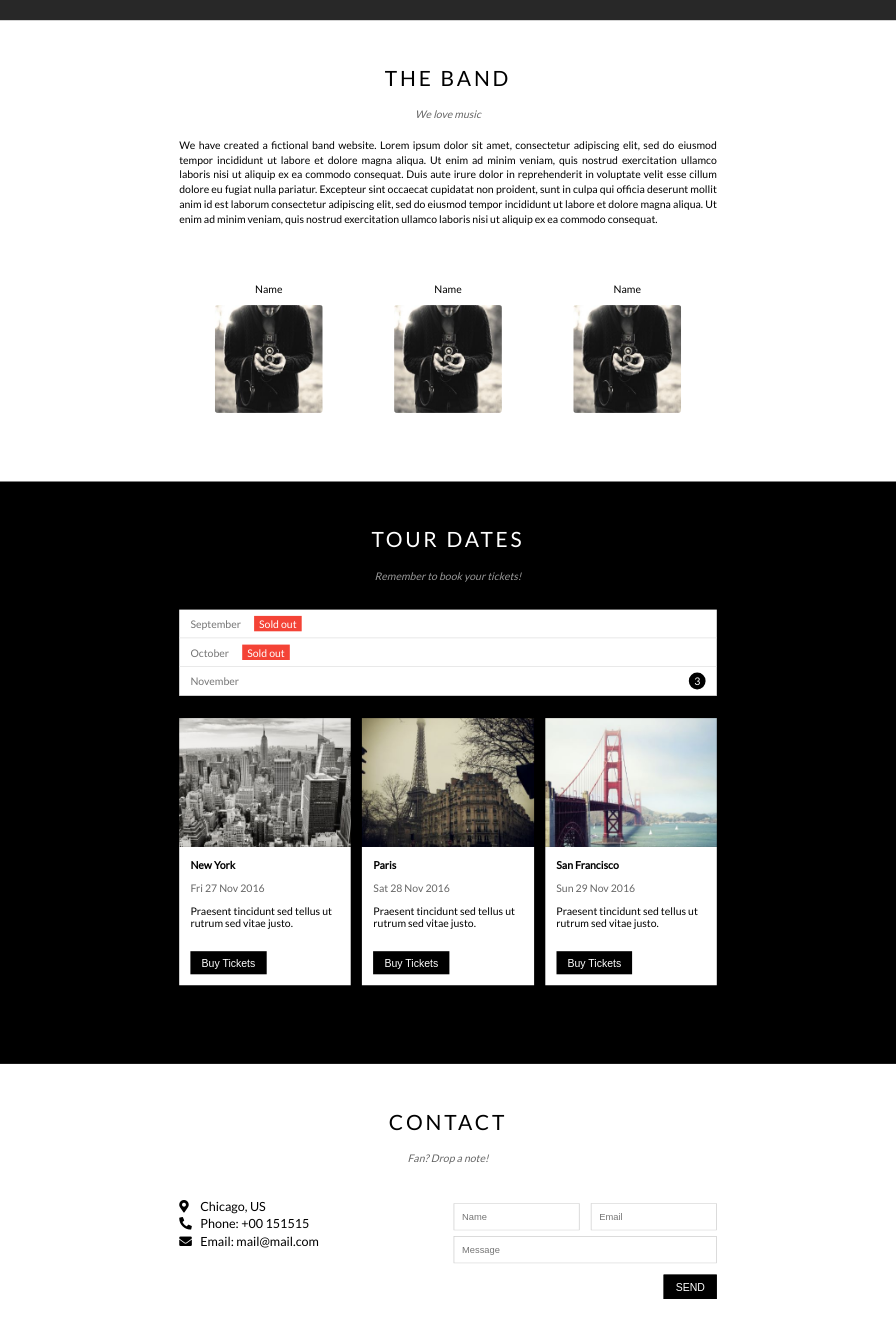
Repository: nguyenthaicong265/w3-band
Page: index.html
An editor plug-in stored every save of this project. The page is shown before and after the next save, followed by the edit.
The browser window is 1280 px wide. The pictures show the part of the page from y = 657 to 2577 px (the page is 2577 px tall before and 2547 px after), at 70% of full size.

Above is the page before, as saved 2022-01-04 15:01:26.

### index.html
<!DOCTYPE html>
<html lang="en">
<head>
    <meta charset="UTF-8">
    <meta http-equiv="X-UA-Compatible" content="IE=edge">
    <meta name="viewport" content="width=device-width, initial-scale=1.0">
    <title>Document</title>
    <link rel="stylesheet" href="./assets/css/styles.css">
    <link rel="stylesheet" href="https://fonts.googleapis.com/css?family=Lato">
    <link rel="stylesheet" href="./assets/font/themify-icons-font/themify-icons/themify-icons.css">
    <link rel="stylesheet" href="./assets/font/fontawesome-free-5.15.4-web/css/all.css">
</head>
<body>
    <div id="main">
        <div id="header">
            <ul id="nav">
                <li><a href="">Home</a></li>
                <li><a href="">Band</a></li>
                <li><a href="">Tour</a></li>
                <li><a href="">Contact</a></li>
                <li>
                    <a href="#">
                        More
                        <i class="fas fa-sort-down"></i>
                    </a>
                    <ul class="subnav">
                        <li><a href="#">Merchandise</a></li>
                        <li><a href="#">Extras</a></li>
                        <li><a href="#">Media</a></li>
                    </ul>
                </li>
            </ul>
            <div class="search-button">
                <i class="fas fa-search text-white"></i>
            </div>
        </div>

        <div id="slider">
            <div class="text-content text-white">
                <h2 class="text-head">Los Angeles
                </h2>
                <div class="text-description">We had the best time playing at Venice Beach!
                </div>
            </div>
        </div>

        <div id="content">
            <!-- About-section -->
            <div class="band-section">
                <div class="content-section">
                    <h2 class="section-heading">
                    THE BAND
                    </h2>
                    <p class="section-sub-heading">
                    We love music
                    </p>
                    <p class="about-text">We have created a fictional band website. Lorem ipsum dolor sit amet, consectetur adipiscing elit, sed do eiusmod tempor incididunt ut labore et dolore magna aliqua. Ut enim ad minim veniam, quis nostrud exercitation ullamco laboris nisi ut aliquip ex ea commodo consequat. Duis aute irure dolor in reprehenderit in voluptate velit esse cillum dolore eu fugiat nulla pariatur. Excepteur sint occaecat cupidatat non proident, sunt in culpa qui officia deserunt mollit anim id est laborum consectetur adipiscing elit, sed do eiusmod tempor incididunt ut labore et dolore magna aliqua. Ut enim ad minim veniam, quis nostrud exercitation ullamco laboris nisi ut aliquip ex ea commodo consequat.
                    </p>

                    <!-- Member -->
                    <div class="members-list">
                        <div class="member-item">
                            <p class="member-name">Name</p>
                            <img src="./assets/img/band/member1.jpg" alt="Name" class="member-avatar">
                        </div>

                        <div class="member-item">
                            <p class="member-name">Name</p>
                            <img src="./assets/img/band/member1.jpg" alt="Name" class="member-avatar">
                        </div>

                        <div class="member-item">
                            <p class="member-name">Name</p>
                            <img src="./assets/img/band/member1.jpg" alt="Name" class="member-avatar">
                        </div>
                    </div>
                </div>
            </div>

            <!-- Tour-section -->
            <div class="tour-section">
                <div class="content-section">
                    <h2 class="section-heading text-white">
                    TOUR DATES
                    </h2>
                    <p class="section-sub-heading text-white">
                    Remember to book your tickets!
                    </p>

                    <!-- Tickets  -->
                    <ul class="tickets-list">
                        <li>September <span class="sold-out text-white">Sold out</span></li>
                        <li>October <span class="sold-out text-white">Sold out</span></li>
                        <li>November <span class="quantity text-white">3</span></li>
                    </ul>

                    <!-- Places -->
                    <div class="row places-list">
                        <div class="col col-third">
                            <img src="./assets/img/places/newyork.jpg" alt="New York" class="place-img">
                            <div class="place-body">
                                <h3 class="place-heading">
                                    New York
                                </h3>
                                <p class="place-time">
                                    Fri 27 Nov 2016
                                </p>
                                <p class="place-dsc">
                                    Praesent tincidunt sed tellus ut rutrum sed vitae justo.
                                </p>
                                <button class="place-buy-ticket js-buy-ticket">Buy Tickets</button>
                            </div>
                        </div>

                        <div class="col col-third">
                            <img src="./assets/img/places/paris.jpg" alt="Paris" class="place-img">
                            <div class="place-body">
                                <h3 class="place-heading">
                                    Paris
                                </h3>
                                <p class="place-time">
                                    Sat 28 Nov 2016
                                </p>
                                <p class="place-dsc">
                                    Praesent tincidunt sed tellus ut rutrum sed vitae justo.
                                </p>
                                <button class="place-buy-ticket js-buy-ticket">Buy Tickets</button>
                            </div>
                        </div>

                        <div class="col col-third">
                            <img src="./assets/img/places/sanfran.jpg" alt="San Francisco" class="place-img">
                            <div class="place-body">
                                <h3 class="place-heading">
                                    San Francisco
                                </h3>
                                <p class="place-time">
                                    Sun 29 Nov 2016
                                </p>
                                <p class="place-dsc">
                                    Praesent tincidunt sed tellus ut rutrum sed vitae justo.
                                </p>
                                <button class="place-buy-ticket js-buy-ticket">Buy Tickets</button>
                            </div>
                        </div>
                    </div>
                </div>
            </div>

            <!-- Contact-section -->
            <div class="content-section">
                <h2 class="section-heading">
                CONTACT</h2>
                <p class="section-sub-heading">
                Fan? Drop a note!</p>
                <div class="row contact-content">
                    <div class="col col-half contact-info">
                        <p><i class="fas fa-map-marker-alt"></i>Chicago, US</p>
                        <p><i class="fas fa-phone-alt"></i>Phone: +00 151515</p>
                        <p><i class="fas fa-envelope"></i>Email: mail@mail.com</p>
                    </div>
                    <div class="col col-half contact-form">
                        <form action="">
                            <div class="row mt-8">
                                <div class="col col-half">
                                    <input type="text" name="" required placeholder="Name" id="" class="form-control">
                                </div>
                                <div class="col col-half">
                                    <input type="email" name="" required placeholder="Email" id="" class="form-control">
                                </div>
                            </div>
                            <div class="row mt-8">
                                <div class="col col-full">
                                    <input type="text" name="" required placeholder="Message" id="" class="form-control">
                                </div>
                            </div>
                            <input class="form-submit mt-16" type="submit" value="SEND">
                        </form>
                    </div>
                </div>
            </div>
        </div>

        <div id="footer">

        </div>
    </div>
    <div class="modal js-modal">
         <div class="modal-contaner js-modal-container">
             <div class="modal-close js-modal-close">
                <i class="fas fa-times"></i>
             </div>

             <div class="modal-header text-white">
                <i class="fas fa-suitcase"></i> Tickets
             </div>

             <div class="modal-body">
                <label for="ticket-quantity" class="modal-label">
                    <i class="fas fa-shopping-cart"></i>
                    Tickets, $15 per person
                 </label>
                 <input type="text" id="ticket-quantity" class="modal-input" placeholder="How many?">

                 <label for="ticket-email" class="modal-label">
                    <i class="fas fa-user"></i>
                    Send To
                 </label>
                 <input type="text" id="ticket-email" class="modal-input" placeholder="Enter email">

                <button id="buy-ticket">
                    Pay
                    <i class="fas fa-check"></i>
                </button>
             </div>

             <div class="modal-footer">
                 <p class="modal-help">
                     Need <a href="">help?</button>
                 </p>
             </div>
         </div>
    </div>

    <script>
        const buyBtns = document.querySelectorAll('.js-buy-ticket')
        const modal = document.querySelector('.js-modal')
        const modalContainer = document.querySelector('.js-modal-container')
        const modalClose = document.querySelector('.js-modal-close')

        // Hàm hiển thị modal mua vé
        function showBuyTickets() {
            modal.classList.add('open')
        }

        // Hàm ẩn modal mua vé
        function closeBuyTickets() {
            modal.classList.remove('open')
        }

        // Lắng nghe click vào từng button Buy Ticket
        for (const buyBtn of buyBtns) {
            buyBtn.addEventListener('click', showBuyTickets)
        }

        // Lắng nghe click vào button close
        modalClose.addEventListener('click', closeBuyTickets)

        // Lắng nghe click vào modal
        modal.addEventListener('click', closeBuyTickets)

        // Lắng nghe click vào container
        modalContainer.addEventListener('click', function(event) {
            event.stopPropagation()
        })
    </script>
</body>
</html>

### assets/css/styles.css
/* Reset CSS */
* {
    padding: 0;
    margin: 0;
    box-sizing: border-box;
}

html {
    font-family: "Lato", sans-serif;
    font-size: 62.5%;
}

/* Common */
.clear {
    clear: both;
}

.text-white {
    color: #ffff !important;
}

.row {
    margin-left: -8px;
    margin-right: -8px;
    overflow: hidden;
}

.col {
    float: left;
    padding-left: 8px;
    padding-right: 8px;
}

.col-third {
    width: 33.33333%;
}

.col-half {
    width: 50%;
}

.col-full {
    width: 100%;
}

.mt-8 {
    margin-top: 8px;
}

.mt-16 {
    margin-top: 16px;
}

/* Main */

#main {

}

#header {
    position: fixed;
    top: 0;
    left: 0;
    right: 0;
    height: 46.5px;
    background-color: #000000;
    z-index: 1;
}

#header .search-button {
    float: right;
    padding: 0 21px;
}

#header .search-button:hover {
    cursor: pointer;
    background-color: #f44336!important;
}

#header .fa-search {
    font-size: 13px;
    line-height: 46px;
}

#nav, .subnav {
    display: inline-block;
    list-style-type: none;
}

#nav > li {
    display: inline-block;
}

#nav li {
    position: relative;
}

#nav > li > a {
    color: #ffffff;
    text-transform: uppercase;
}

#nav li a {
    text-decoration: none;
    line-height: 46.5px;
    padding: 0px 24px;
    font-size: 1.5rem;
    display: block;
}

#nav .fa-sort-down {
    font-size: 20px;
}

#nav li:hover .subnav {
    display: block;

}

#nav > li:hover > a,
#nav .subnav li:hover a {
    color: #000 !important;
    background-color: #ccc !important;
}

#nav .subnav {
    display: none;
    position: absolute;
    min-width: 160px;
    top: 46.5px;
    background-color: #ffffff;
    box-shadow: 0 0 10px rgba(0, 0, 0, 0.3);
}

#nav .subnav a {
    color: #000;
    padding: 0 12px;
    line-height: 38px;
}

#slider {
    position: relative;
    margin-top: 46px;
    padding-top: 50%;
    background: url(/assets/img/slider/slider1.jpg) top center / cover no-repeat;
}

#slider .text-content {
    position: absolute;
    bottom: 48px;
    width: 100%;
    text-align: center;
}

#slider .text-head {
    font-weight: 100;
    font-size: 24px;
    margin-bottom: 10px;
}
#slider .text-description {
    font-size: 15px;
    margin-top: 15px;
}

#content {
}

#content .content-section {
    width: 800px;
    padding: 64px 16px ;
    margin-left: auto;
    margin-right: auto;
}

#content .section-heading {
    font-size: 30px;
    font-weight: 400;
    letter-spacing: 4px;
    text-align: center;
}

#content .section-sub-heading {
    font-size: 15px;
    font-style: italic;
    text-align: center;
    opacity: 0.6;
    margin-top: 25px;
}

#content .about-text {
    text-align: justify;
    font-size: 15px;
    margin-top: 25px;
    line-height: 1.4;
}

#content .members-list {
    margin-top: 48px;
    overflow: hidden;
    padding-top: 32px !important;
    padding-bottom: 32px !important;
}

#content .member-item {
    float: left;
    width: 33.333333%;
    text-align: center;
}

#content .member-name {
    font-size: 15px;


}

#content .member-avatar {
    width: 60%;
    margin-top: 15px;
    border-radius: 4px;
}

.tour-section {
    background-color: #000;
    width: 100%;
}

.tickets-list {
    background-color: #ffffff;
    margin-top: 40px;
    list-style-type: none;
}

.tickets-list li {
    font-size: 15px;
    padding: 11px 16px;
    border-bottom: 1px solid #dddd;
    color: #757575;
}

.tickets-list .sold-out {
    background-color: #f44336!important;
    padding: 2px 7px;
    margin-left: 16px;
}

.tickets-list .quantity {
    float: right;
    width: 24px;
    height: 24px;
    background-color: #000;
    border-radius: 50%;
    line-height: 24px;
    text-align: center;
    margin-top: -3px;
}

.places-list {
    margin-top: 32px;
    margin-bottom: 48px;
    overflow: hidden;
}

.place-img {
    display: block;
    width: 100%;
}

.place-img:hover {
    opacity: 0.6;
}

.place-body {
    background-color: #ffff;
    padding: 16px;
}

.place-heading {
    font-size: 15px;
    font-weight: bolder;
    margin-bottom: 15px;
}

.place-time {
    font-size: 15px;
    opacity: 0.6;
    margin-bottom: 15px;
}

.place-dsc {
    font-size: 15px;
    margin-bottom: 15px;
}

.place-buy-ticket {
    display: inline-block;
    font-size: 15px;
    color: #ffff;
    background-color: #000;
    text-decoration: none;
    padding: 8px 16px;
    margin-top: 16px;
    border: 0px;
    cursor: pointer;
}

.place-buy-ticket:hover {
    color: #000;
    background-color: #ccc;
}

.fas {
    display: inline-block;
}

.contact-content {
    margin-top: 48px;
}

.contact-info {
    font-size: 18px;
    line-height: 1.4;
}

.contact-info .fas {
    width: 30px;
}

.contact-form {
    font-size: 15px;
}

.contact-form .form-control {
    padding: 11px;
    border: 1px solid #ccc;
    width: 100%;
}

.contact-form .form-submit {
    font-size: 15px;
    background-color: #000;
    color: #fff;
    border: 1px solid #000;
    padding: 8px 16px;
    float: right;
    cursor: pointer;
}

.contact-form .form-submit:hover {
    background-color: #ccc;
    color: #000;
    border: 1px solid #ccc;
}

#footer {

}

.modal {
    position: fixed;
    top: 0;
    right: 0;
    bottom: 0;
    left: 0;
    background: rgba(0, 0, 0, 0.4);
    align-items: center;
    justify-content: center;
    display: none;
}

.modal.open {
    display: flex;
}

.modal-contaner {
    background: #fff;
    width: 900px;
    max-width: calc(100% - 32px);
    min-height: 200px;
    position: relative;
    animation: modalFadeIn ease 0.5s;
}

.modal-close {
    position: absolute;
    right: 0;
    top: 0;
    padding: 15px;
    cursor: pointer;
    color: #fff;
    font-size: 15px;
}

.modal-close:hover {
    background-color: #ccc;
    color: #000;
}

.modal-header {
    background-color: #009688;
    height: 130px;
    display: flex;
    align-items: center;
    justify-content: center;
    font-size: 30px;
    letter-spacing: 5px;
}

.modal-header .fa-suitcase {
    margin-right: 15px;
}

.modal-body {
    padding: 15px;

}

.modal-body .modal-label {
    display: block;
    font-size: 15px;
    opacity: 0.8;
}

.modal-body .modal-input {
    border: 1px solid #ccc;
    padding: 8px;
    margin: 15px 0;
    width: 100%;
    font-size: 15px;
}

#buy-ticket {
    background-color: #009688;
    color: #fff;
    font-size: 15px;
    padding: 15px;
    width: 100%;
    border: 0px;
}

#buy-ticket:hover {
    background-color: #ccc;
    color: #000;
}

.modal-footer {
    padding: 16px;
    text-align: right;
    font-size: 15px;
}

.modal-help {
    top: 0;
    right: 0;
}

.modal-help a {
    color: #2196F3;
}

@keyframes modalFadeIn {
    from {
        opacity: 0;
        transform: translateY(-100px);
    }
    to {
        opacity: 1;
        transform: translateY(0px);
    }
}

Loaded but not shown: assets/font/themify-icons-font/themify-icons/themify-icons.css (common file); assets/font/fontawesome-free-5.15.4-web/css/all.css (library)

After the next save:
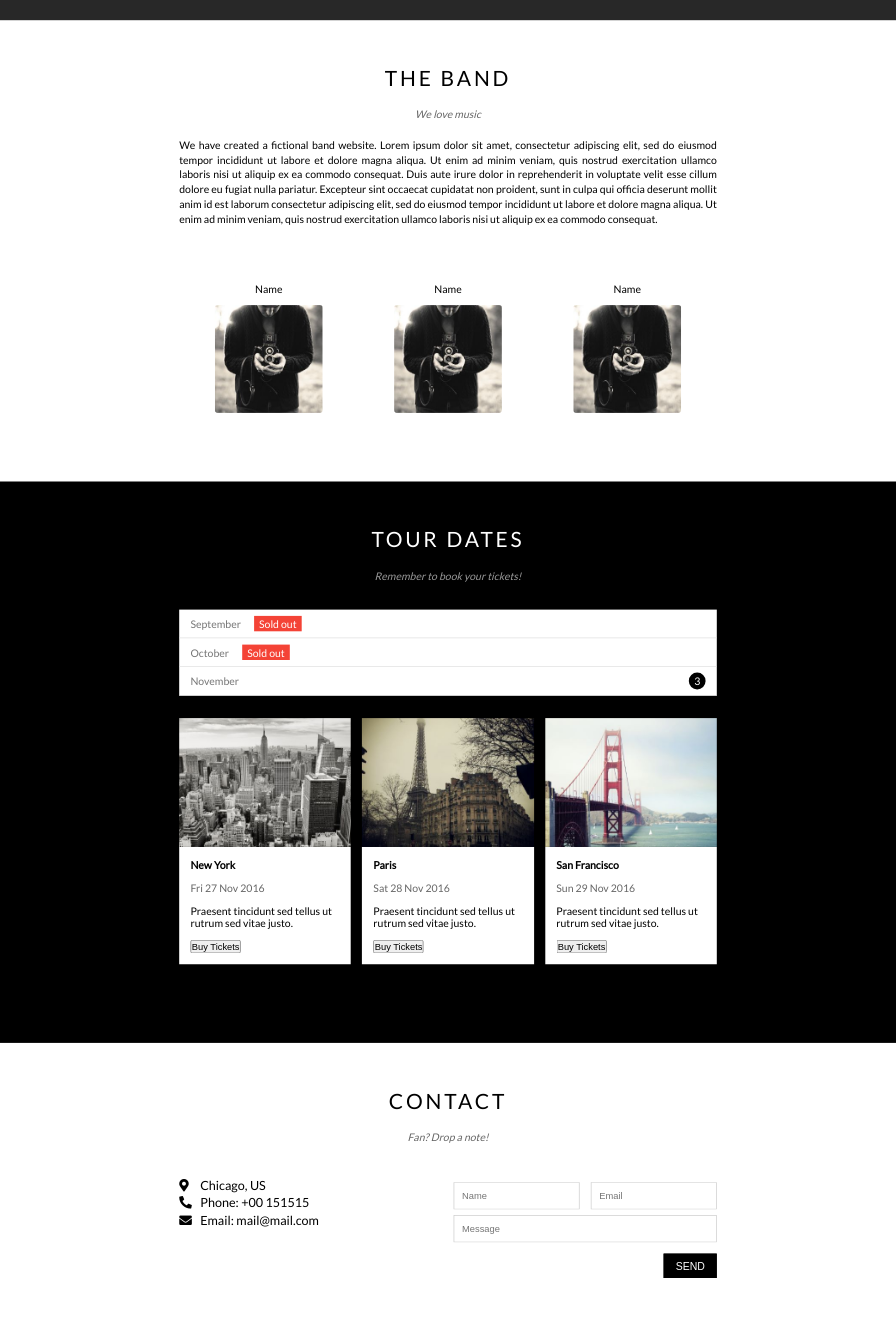
Saved 10 h 11 min later.
--- a/index.html
+++ b/index.html
@@ -108,7 +108,7 @@
                                 <p class="place-dsc">
                                     Praesent tincidunt sed tellus ut rutrum sed vitae justo.
                                 </p>
-                                <button class="place-buy-ticket js-buy-ticket">Buy Tickets</button>
+                                <button class="btn js-buy-ticket">Buy Tickets</button>
                             </div>
                         </div>
 
@@ -124,7 +124,7 @@
                                 <p class="place-dsc">
                                     Praesent tincidunt sed tellus ut rutrum sed vitae justo.
                                 </p>
-                                <button class="place-buy-ticket js-buy-ticket">Buy Tickets</button>
+                                <button class="btn js-buy-ticket">Buy Tickets</button>
                             </div>
                         </div>
 
@@ -140,7 +140,7 @@
                                 <p class="place-dsc">
                                     Praesent tincidunt sed tellus ut rutrum sed vitae justo.
                                 </p>
-                                <button class="place-buy-ticket js-buy-ticket">Buy Tickets</button>
+                                <button class="btn js-buy-ticket">Buy Tickets</button>
                             </div>
                         </div>
                     </div>
